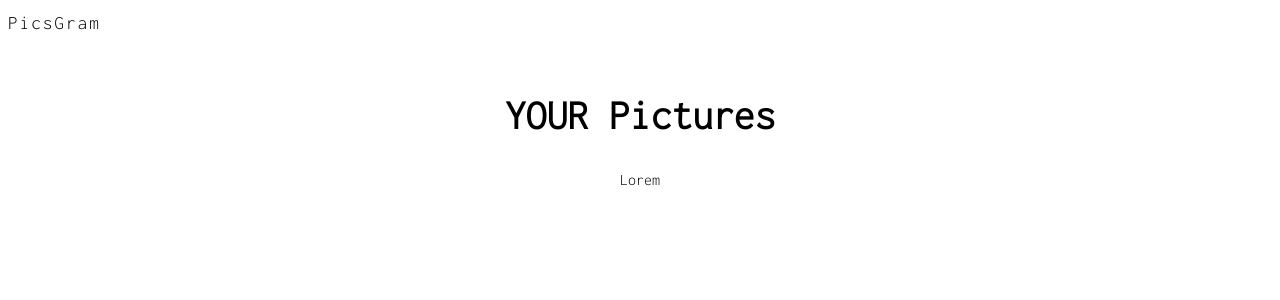
Repository: Anasooya2601/photo_gallery
Page: /
An editor plug-in stored every save of this project. The page is shown before and after the next save, followed by the edit.
The browser window is 1280 px wide. The pictures show the whole page.
The project was rebuilt for these pictures with package versions that can differ from the ones it lists, and the page was loaded fresh each time.

Above is the page before, as saved 2021-04-11 01:30:59.

### src/index.css
@import url("https://fonts.googleapis.com/css2?family=Inconsolata:wght@300&display=swap");
.root{
  --primary: #efb6b2;
  --secondary:#4e4e4e;
  --error:#ff4a4a;
}


body{
  font-family: 'Inconsolata', monospace;
}
.App{
  max-width:960;
  margin:0 auto;
}
.title h1{
  color:var(--primary);
  font-size:1.2rem;
  letter-spacing:2px;
  font-weight:normal;
}
.title h2,.title p{
text-align: center;
}
.title h2{
  margin-top: 60px;
  font-size: 2.6rem;
}

### src/App.js
import React from 'react';
import Title from './comps/Title';

function App() {
  return (
    <div className="App">
   <Title/>
    </div>
  );
}

export default App;

### src/comps/Title.js
import React from 'react';
const Title=()=>{
    return(
        <div className="title">
            <h1>PicsGram</h1>
<h2>YOUR Pictures</h2>
<p>Lorem        </p>
        </div>
    )
}
export default Title;

### src/comps/UploadForm.js
import React from 'react';

const UploadForm=()=>{
return(


<form>
    <input type="file"/>
</form>

)



}
export default UploadForm;

Loaded but not shown: src/index.js (common file); src/reportWebVitals.js (common file)

After the next save:
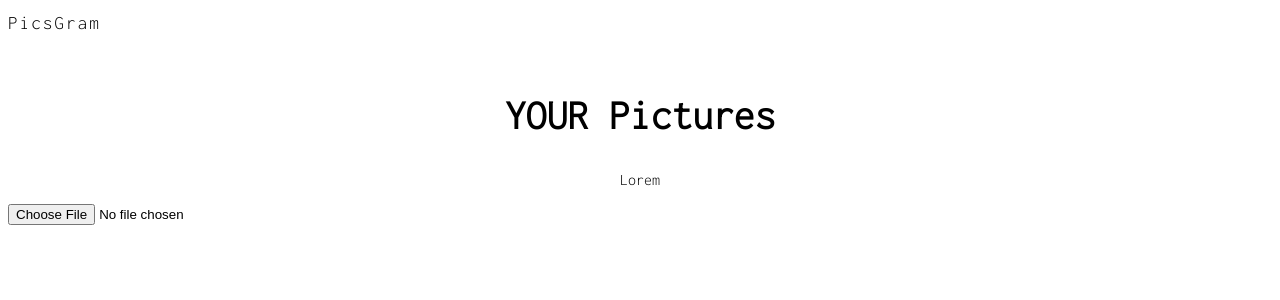
Saved 25 s later.
--- a/src/App.js
+++ b/src/App.js
@@ -1,10 +1,12 @@
 import React from 'react';
 import Title from './comps/Title';
+import UploadForm from './comps/UploadForm';
 
 function App() {
   return (
     <div className="App">
    <Title/>
+   <UploadForm/>
     </div>
   );
 }
